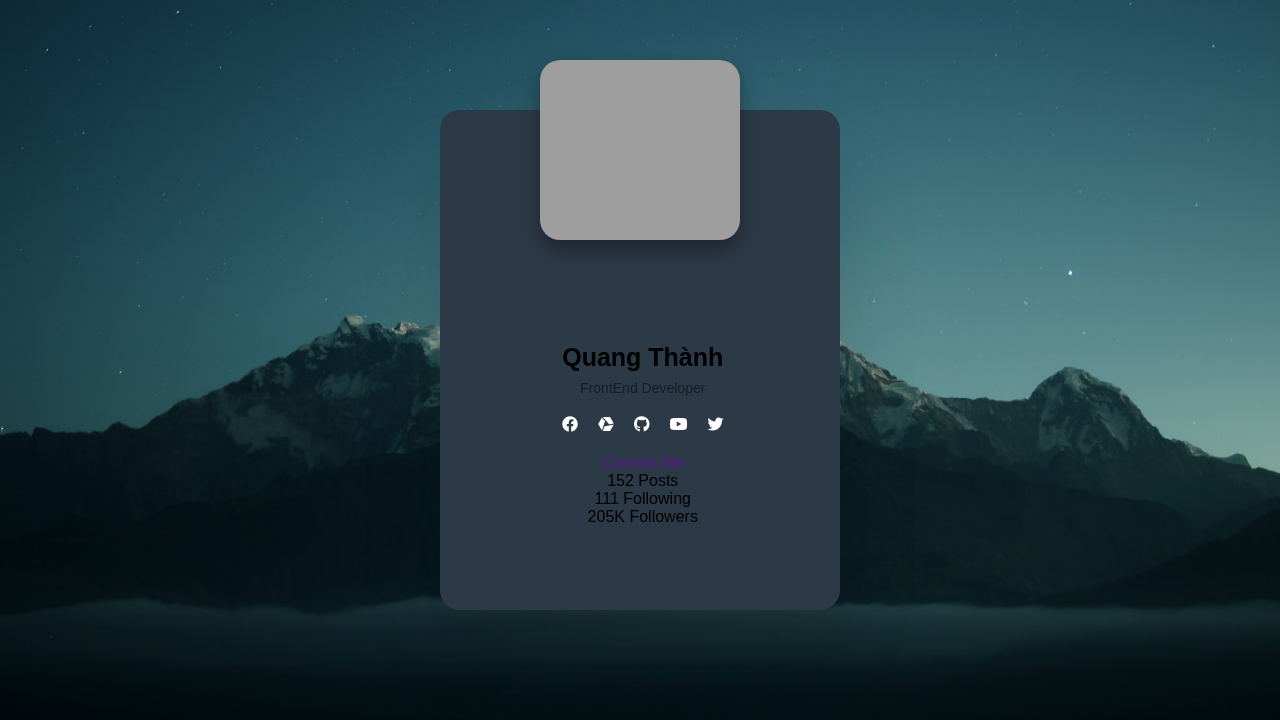
Repository: QuangThanh152/Profile-me
Page: index.html
These files come from the project's save history. The page is drawn as it stood at one moment and after the next save; the edit follows.
The browser window is 1280 px wide. The pictures show the whole page.
Pictures or frames that could not be fetched are drawn as grey boxes.

Above is the page before, as saved 2022-10-07 15:24:43.

### index.html
<!DOCTYPE html>
<html lang="en">
<head>
    <meta charset="UTF-8">
    <meta http-equiv="X-UA-Compatible" content="IE=edge">
    <meta name="viewport" content="width=device-width, initial-scale=1.0">
    <link rel="stylesheet" href="./accets/font/fontawesome-free-6.1.2-web/css/all.min.css">
    <link rel="stylesheet" href="./accets/main.css">
    <title>Profile-QT</title>
</head>
<body>
    <div class="card">
        <div class="card-header">
            <img src="./accets/img/IMG_20220202_135645.jpg" alt="" class="img-me">
        </div>
        <div class="content">
            <div class="name">Quang Thành</div>
            <div class="desc">FrontEnd Developer</div>
            <div class="SocialNetwork">
                <a href="" class="icon"><i class="fa-brands fa-facebook"></i></a>
                <a href="" class="icon"><i class="fa-brands fa-instalod"></i></i></a>
                <a href="" class="icon"><i class="fa-brands fa-github"></i></i></a>
                <a href="" class="icon"><i class="fa-brands fa-youtube"></i></i></a>
                <a href="" class="icon"><i class="fa-brands fa-twitter"></i></i></a>
            </div>
            <a href="" class="btn-contact">Contact Me</a>
            <div class="card-footer">
                <div class="number">
                    <div class="item">
                        <span>152</span>
                        Posts
                    </div>
                </div>
                <div class="number">
                    <div class="item">
                        <span>111</span>
                        Following
                    </div>
                </div>
                <div class="number">
                    <div class="item">
                        <span>205K</span>
                        Followers
                    </div>
                </div>
            </div>
        </div>
    </div>
</body>
</html>

### accets/main.css
* {
    padding: 0;
    margin: 0;
    box-sizing: border-box;
    font-family: 'Poppins', sans-serif;
    text-decoration: none;
}

body {
    min-height: 100vh;
    background: url(/accets/img/img-big.jpg) no-repeat center;
    background-size: cover;
    display: flex;
    justify-content: center;
    align-items: center;
}

.card {
    position: relative;
    width: 400px;
    /* height: 190px; */
    height: 500px;
    border-radius: 20px;
    background: #2c3a47;
    transition: 0.2s;
    box-shadow: 0 35px 80px rgba(0,0,0,0.15);
}
.card:hover {
    height: 500px;
}
.card-header {
    position: absolute;
    background: rgb(21, 19, 19);
    left: 50%;
    top: -50px;
    transform: translateX(-50%);
    width: 200px;
    height: 180px;
    border-radius: 20px;
    box-shadow: 0 10px 20px rgba(0,0,0,0.35);
    overflow: hidden;
    transition: 0.3s;
}
.card:hover .card-header {
    width: 250px;
    height: 250px;
    transition: 0.2s;
}
.img-me {
    position: absolute;
    top: 0;
    left: 0;
    width: 100%;
    height: 100%;
    object-fit: cover;
}
.content {
    position: absolute;
    top: 45%;
    text-align: center;
    align-items: center;
    left: 28%;
}
.name {
    font-size: 25px;
    font-weight: 600;
    padding: 8px;
}
.desc {
    font-size: 14px;
    opacity: .5;
    padding: 0 0 20px 0;
    /* color: #e66767; */
}
.SocialNetwork {
    display: flex;
    justify-content: center;
    margin: 0 0 20px 0;
}
.SocialNetwork a{
    color: white;
    padding: 0 10px 0;
}

Loaded but not shown: accets/font/fontawesome-free-6.1.2-web/css/all.min.css (library)

After the next save:
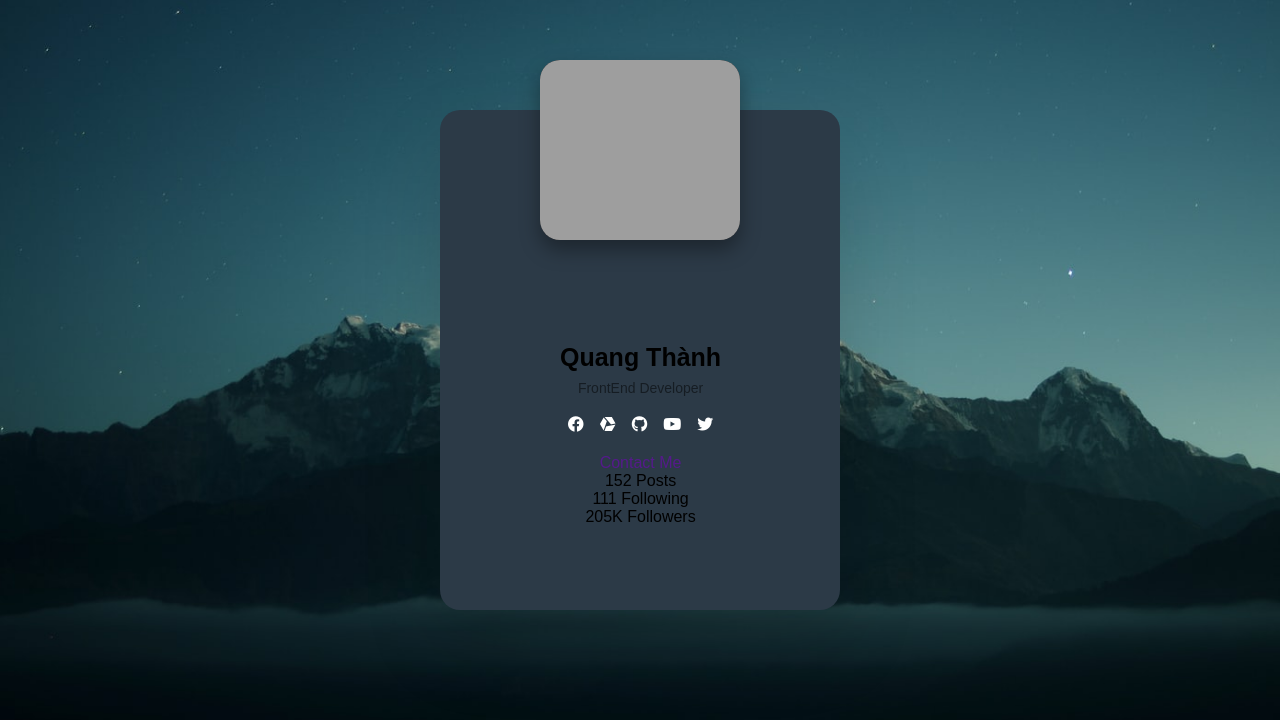
Saved 6 s later.
--- a/accets/main.css
+++ b/accets/main.css
@@ -79,5 +79,5 @@ body {
 }
 .SocialNetwork a{
     color: white;
-    padding: 0 10px 0;
+    padding: 0 8px 0;
 }
